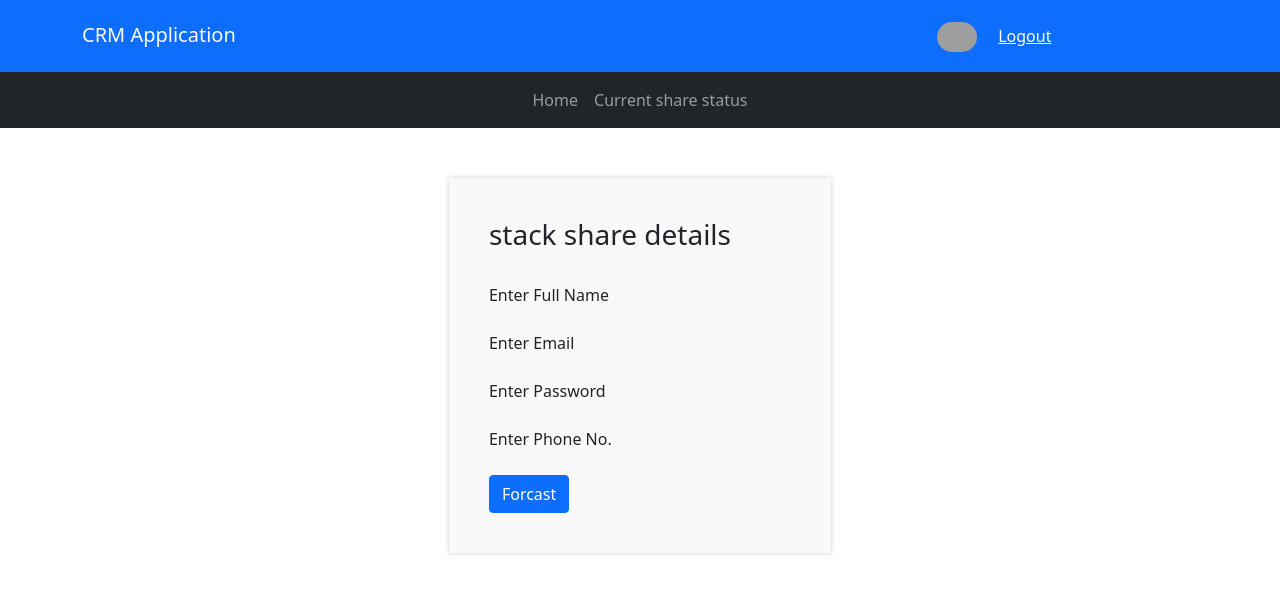
Repository: DevloperSudip/Insight-Dashboard
Page: http://localhost/DashProject/WEB-INF/views/forcastdata.jsp
An editor plug-in stored every save of this project. The page is shown before and after the next save, followed by the edit.
The browser window is 1280 px wide. The pictures show the whole page.
Pictures or frames that could not be fetched are drawn as grey boxes. The page is served by Tomcat 10. Nobody is signed in. The template is opened directly, without the code that normally fills it, so the values that code supplies are empty.

Above is the page before, as saved 2024-04-24 09:37:01.

After the next save:
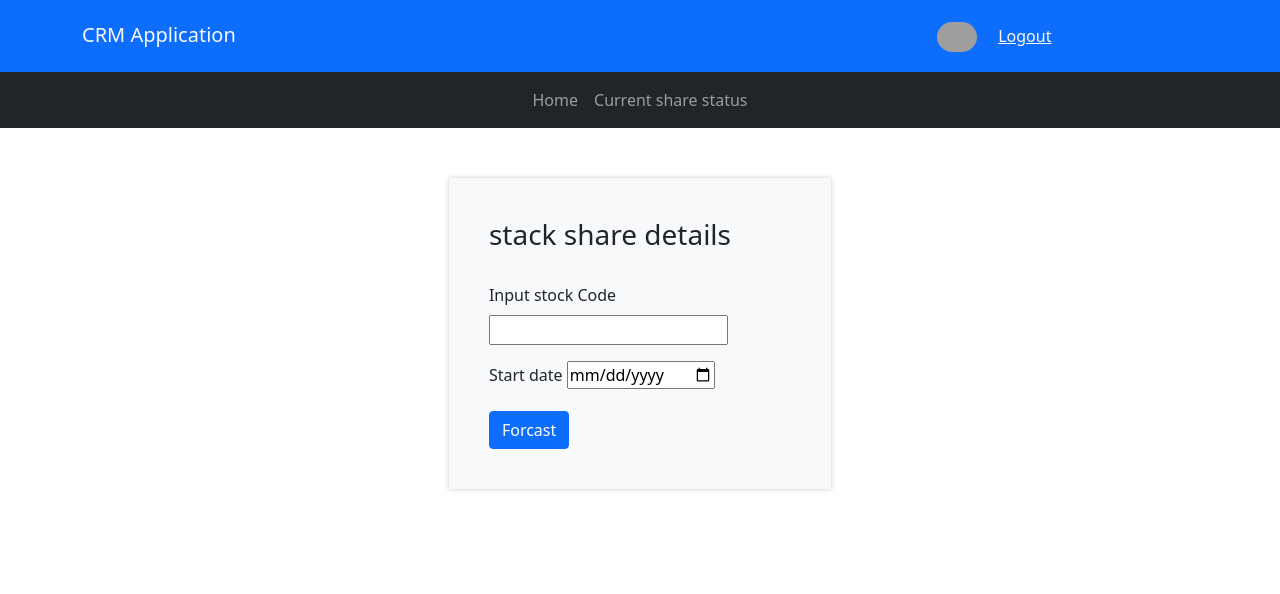
Saved 3 min 4 s later.
--- a/DashProject_FinalProject/DashProject/src/main/webapp/WEB-INF/views/forcastdata.jsp
+++ b/DashProject_FinalProject/DashProject/src/main/webapp/WEB-INF/views/forcastdata.jsp
@@ -29,22 +29,15 @@
 							<br />
 							<form action="addEmpForm" method="post" >
 								<div class="mb-3">
-									<label class="form-label">Enter Full Name</label>
-
+									<label class="form-label">Input stock Code</label>
+									<input type="text" name="stockCode" id="stockCode"/>
 
 								</div>
 								<div class="mb-3">
-									<label class="form-label">Enter Email</label>
+									<label class="form-label">Start date</label>
+									<input type="date" name="startdate" id="startdate"/>
+								</div>
 
-								</div>
-								<div class="mb-3">
-									<label class="form-label">Enter Password</label>
-
-								</div>
-								<div class="mb-3">
-									<label class="form-label">Enter Phone No.</label>
-
-								</div>
 								<input type="submit" value="Forcast" class="btn btn-primary" />
 							</form>
 						</div>
